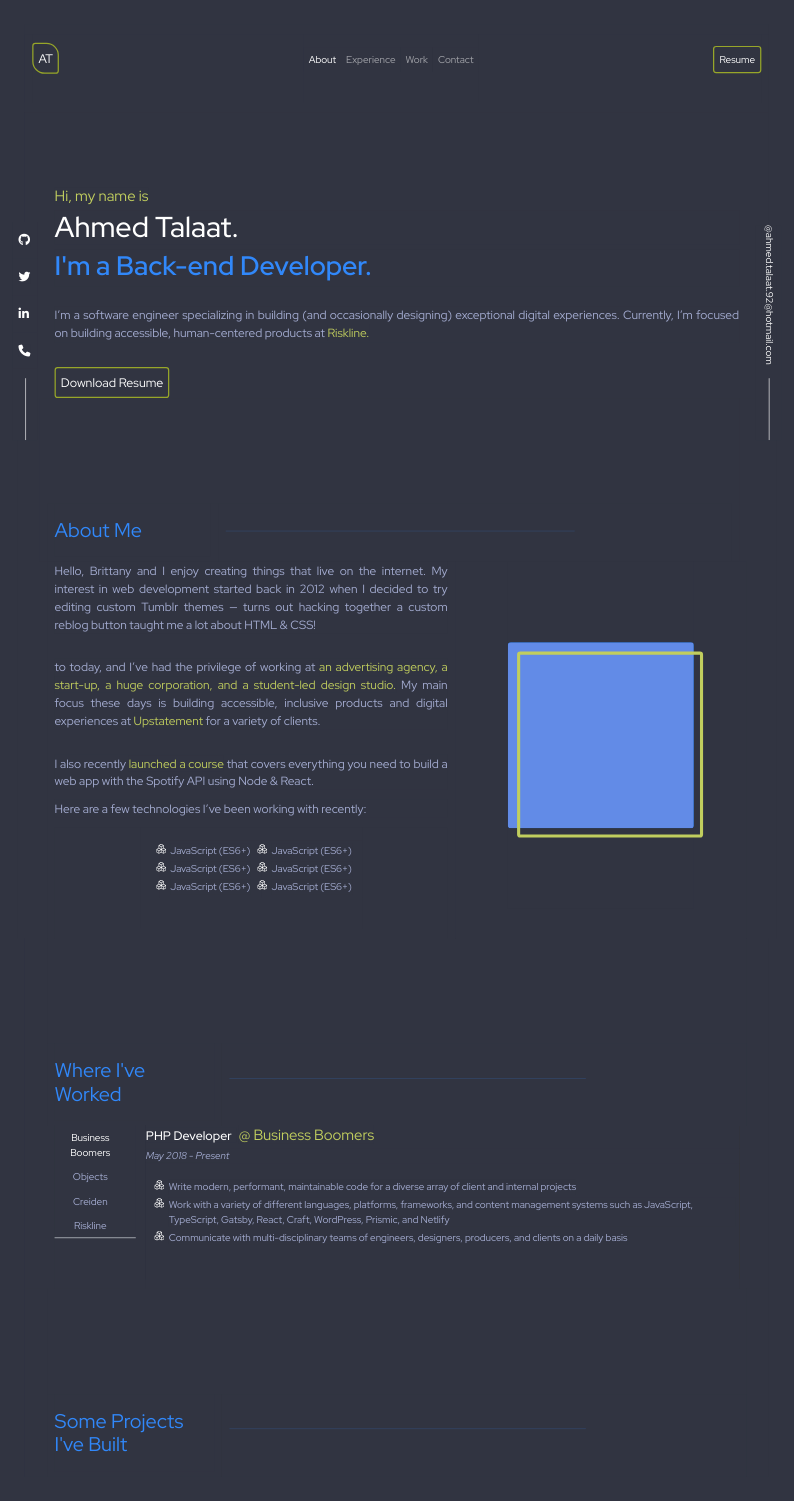
Repository: aya7abbal/Talaat-s-Portfolio
Page: index.html
These files come from the project's save history. The page is drawn as it stood at one moment and after the next save; the edit follows.
The browser window is 1280 px wide. The pictures show the whole page, at 62% of full size.
Pictures or frames that could not be fetched are drawn as grey boxes. Some web libraries are served in a nearby version. The style sheet was rebuilt from its Sass, Less or Tailwind sources for each picture, by a compiler version that may differ from the author's.

Above is the page before, as saved 2022-02-07 14:08:20.

After the next save:
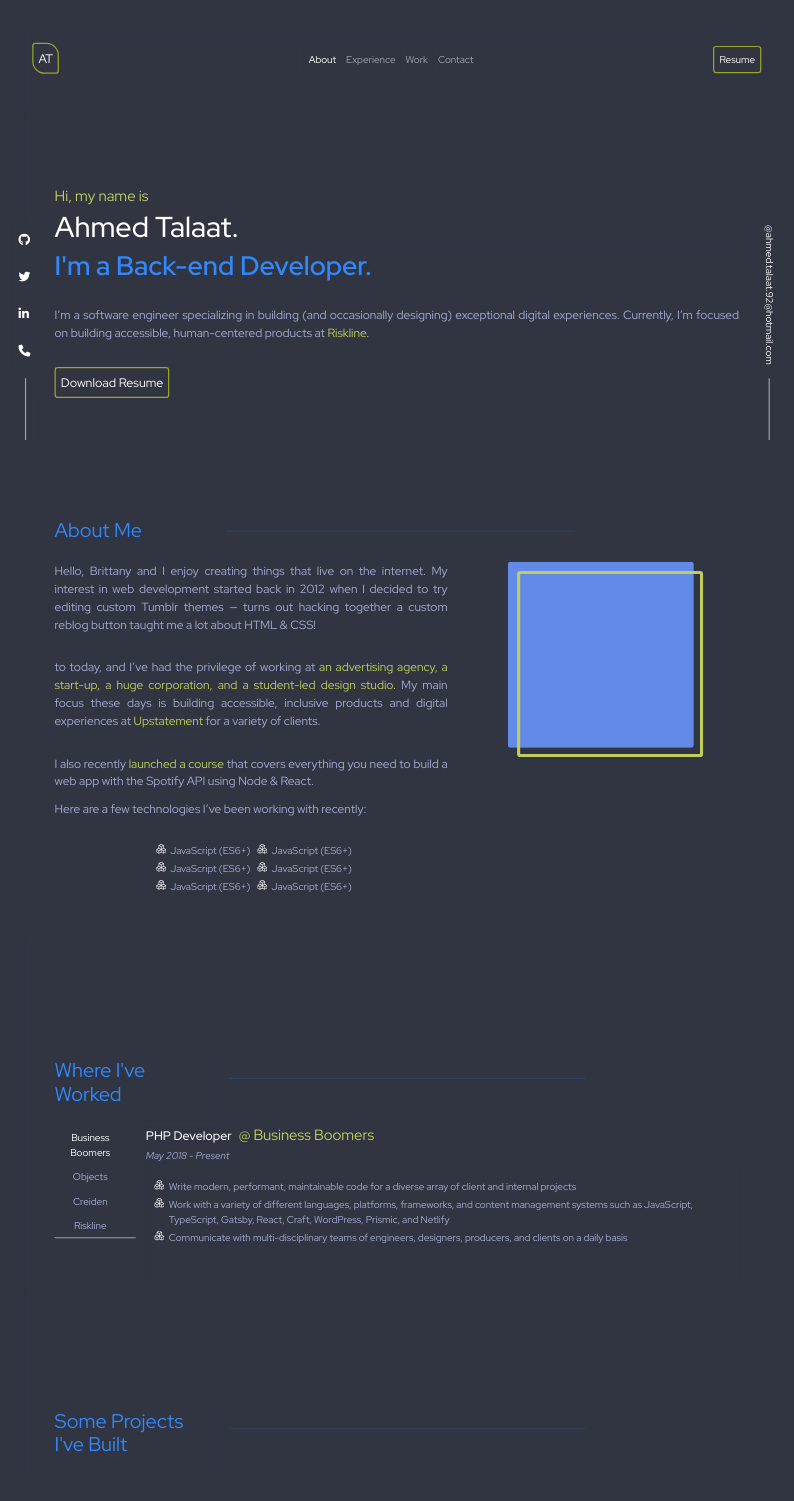
Saved 56 s later.
--- a/styles/variables/_images.scss
+++ b/styles/variables/_images.scss
@@ -1,4 +1,5 @@
 .about-img {
+  height: fit-content;
   position: relative;
   display: flex;
   flex-direction: column;
